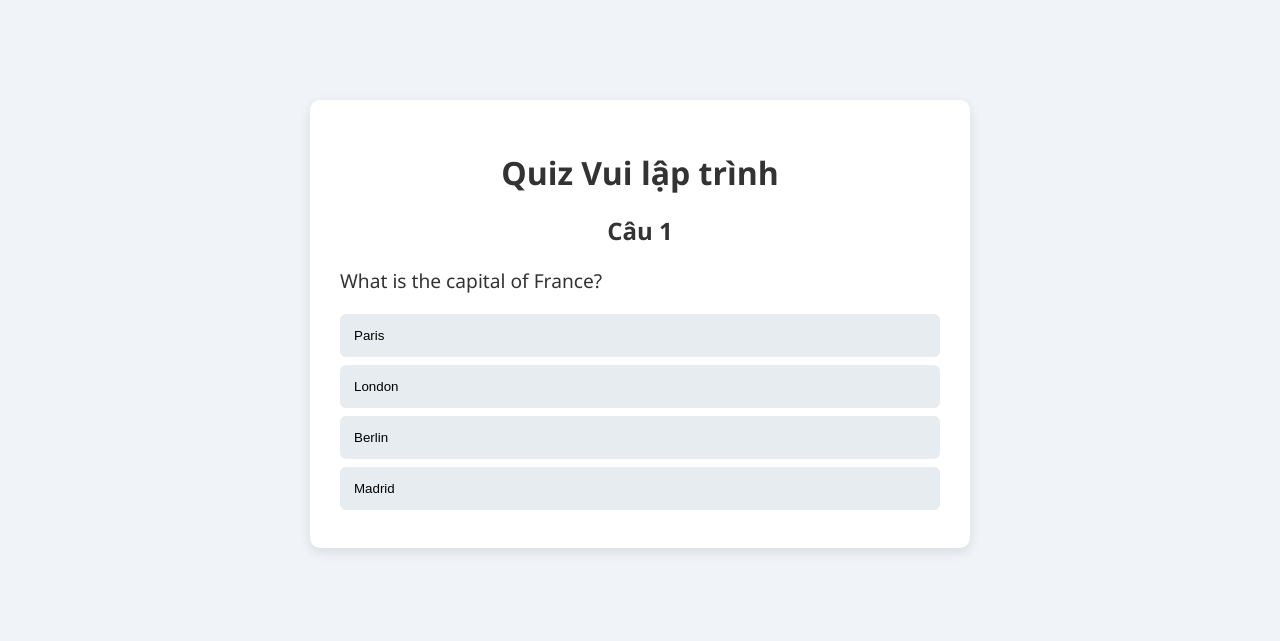
Repository: HuynhPPP/Quiz_App
Page: /
The author's editor kept a copy of each file at every save. The page is drawn from the files as they stood at one save, then again after the next save.
The browser window is 1280 px wide. The pictures show the whole page.
The project was rebuilt for these pictures with package versions that can differ from the ones it lists, and the page was loaded fresh each time. Also part of the build but not shown: vite.config.js.

Above is the page before, as saved 2025-09-26 14:32:02.

### index.html
<!doctype html>
<html lang="en">
  <head>
    <meta charset="UTF-8" />
    <link rel="icon" type="image/svg+xml" href="/vite.svg" />
    <meta name="viewport" content="width=device-width, initial-scale=1.0" />
    <title>Quiz Vui lập trình</title>
  </head>
  <body>
    <div id="root"></div>
    <script type="module" src="/src/main.jsx"></script>
  </body>
</html>

### src/index.css
/* Global reset and styling */
body {
  margin: 0;
  padding: 0;
  font-family: "Segoe UI", Tahoma, Geneva, Verdana, sans-serif;
  background: #f0f4f8;
  color: #333;
}

/* Container styling for the app */
.container {
  max-width: 600px;
  margin: 100px auto;
  background: #fff;
  padding: 30px;
  border-radius: 10px;
  box-shadow: 0 4px 12px rgba(0, 0, 0, 0.1);
}

/* Header styling */
h1,
h2 {
  text-align: center;
  margin-bottom: 20px;
}

/* Styling the question text */
.question {
  font-size: 1.2em;
  margin-bottom: 20px;
}

/* Option button styling */
.option {
  display: block;
  width: 100%;
  padding: 12px;
  margin: 8px 0;
  border: 2px solid transparent;
  border-radius: 6px;
  background: #e7ecf0;
  cursor: pointer;
  text-align: left;
  transition: background 0.3s, border 0.3s;
}

.option:hover {
  background: #d6dde5;
}

.option.selected {
  background: oklch(92.9% 0.013 255.508);
  border: 2px solid oklch(55.4% 0.046 257.417);
  color: oklch(37.2% 0.044 257.287);
}

/* Navigation button styles */
.nav-buttons {
  display: flex;
  justify-content: space-between;
  margin-top: 20px;
}

.nav-buttons button {
  padding: 10px 20px;
  border: none;
  background: #42a5f5;
  color: white;
  border-radius: 6px;
  cursor: pointer;
  font-size: 1em;
  transition: background 0.3s;
}

.nav-buttons button:hover {
  background: #1e88e5;
}

.nav-buttons button:disabled {
  background: #a0c4e3;
  cursor: not-allowed;
}

.result-button {
  display: block;
  padding: 10px 20px;
  border: none;
  background: oklch(55.4% 0.046 257.417);
  color: white;
  border-radius: 6px;
  cursor: pointer;
  font-size: 1em;
  transition: background 0.3s;
}

.result-button:hover {
  background: #1e88e5;
}

/* Score display styling */
.score {
  font-size: 1.4em;
  text-align: center;
  margin: 20px 0;
}

.correct-answer {
  color: oklch(70.4% 0.14 182.503);
}

.incorrect-answer {
  color: oklch(64.5% 0.246 16.439);
}

p.result {
  text-align: center;
  margin: 40px;
}

.resultButtonsContainer {
  display: flex;
  justify-content: center;
  gap: 20px;
}

### src/App.jsx
import Quiz from "./components/Quiz"

function App() {
  return (
    <div className="container">
      <h1>Quiz Vui lập trình</h1>
      <Quiz />
    </div>
  )
}

export default App

### src/components/Quiz.jsx
import React from 'react'

const quizData = [
    {
        question: "What is the capital of France?",
        options: ["Paris", "London", "Berlin", "Madrid"],
        answer: "Paris"
    },
    {
        question: "What is the capital of Germany?",
        options: ["Berlin", "London", "Madrid", "Paris"],
        answer: "Berlin"
    },
    {
        question: "What is the capital of Italy?",
        options: ["Rome", "London", "Madrid", "Paris"],
        answer: "Rome"
    },
    {
        question: "What is the capital of Spain?",
        options: ["Madrid", "London", "Paris", "Rome"],
        answer: "Madrid"
    },
    {
        question: "What is the capital of Portugal?",
        options: ["Lisbon", "London", "Madrid", "Paris"],
        answer: "Lisbon"
    },

]

const Quiz = () => {
  return (
    <div>
        <h2>Câu 1</h2>
        <p className='question'>{quizData[0].question}</p>

        {quizData[0].options.map((option, index) => (
            <button key={index} className='option'>{option}</button>
        ))}
    </div>
  )
}

export default Quiz

Loaded but not shown: src/main.jsx (common file)

After the next save:
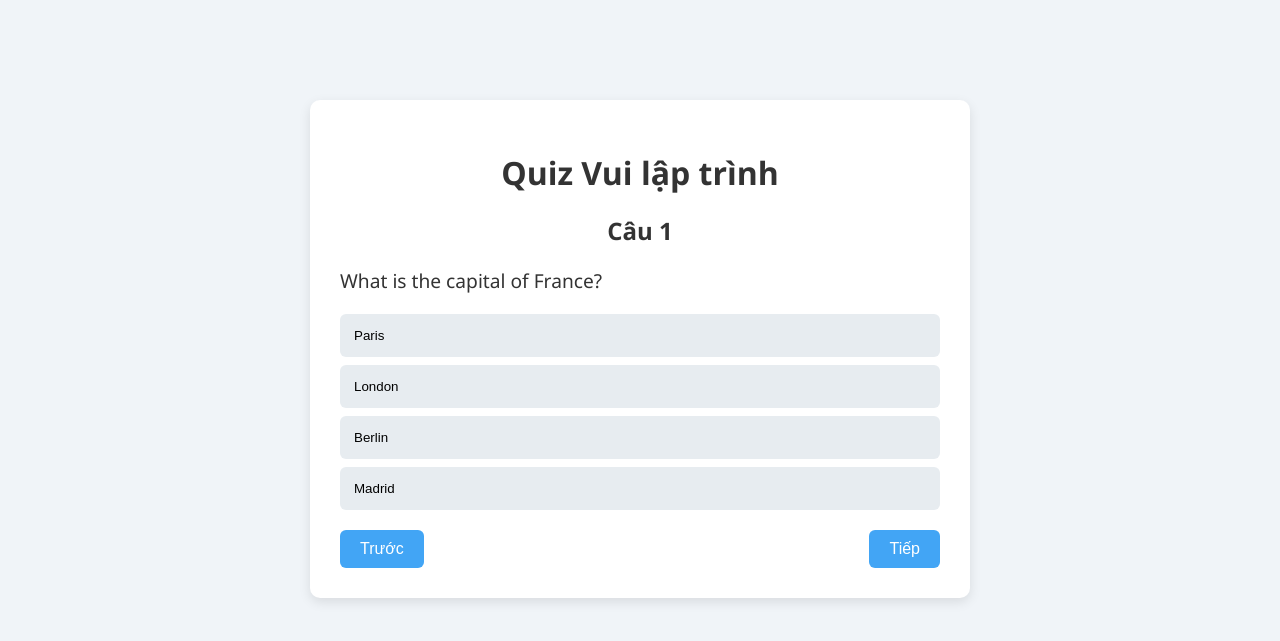
Saved 30 s later.
--- a/src/components/Quiz.jsx
+++ b/src/components/Quiz.jsx
@@ -38,6 +38,10 @@ const Quiz = () => {
         {quizData[0].options.map((option, index) => (
             <button key={index} className='option'>{option}</button>
         ))}
+        <div className='nav-buttons'>
+            <button>Trước</button>
+            <button>Tiếp</button>
+        </div>
     </div>
   )
 }
